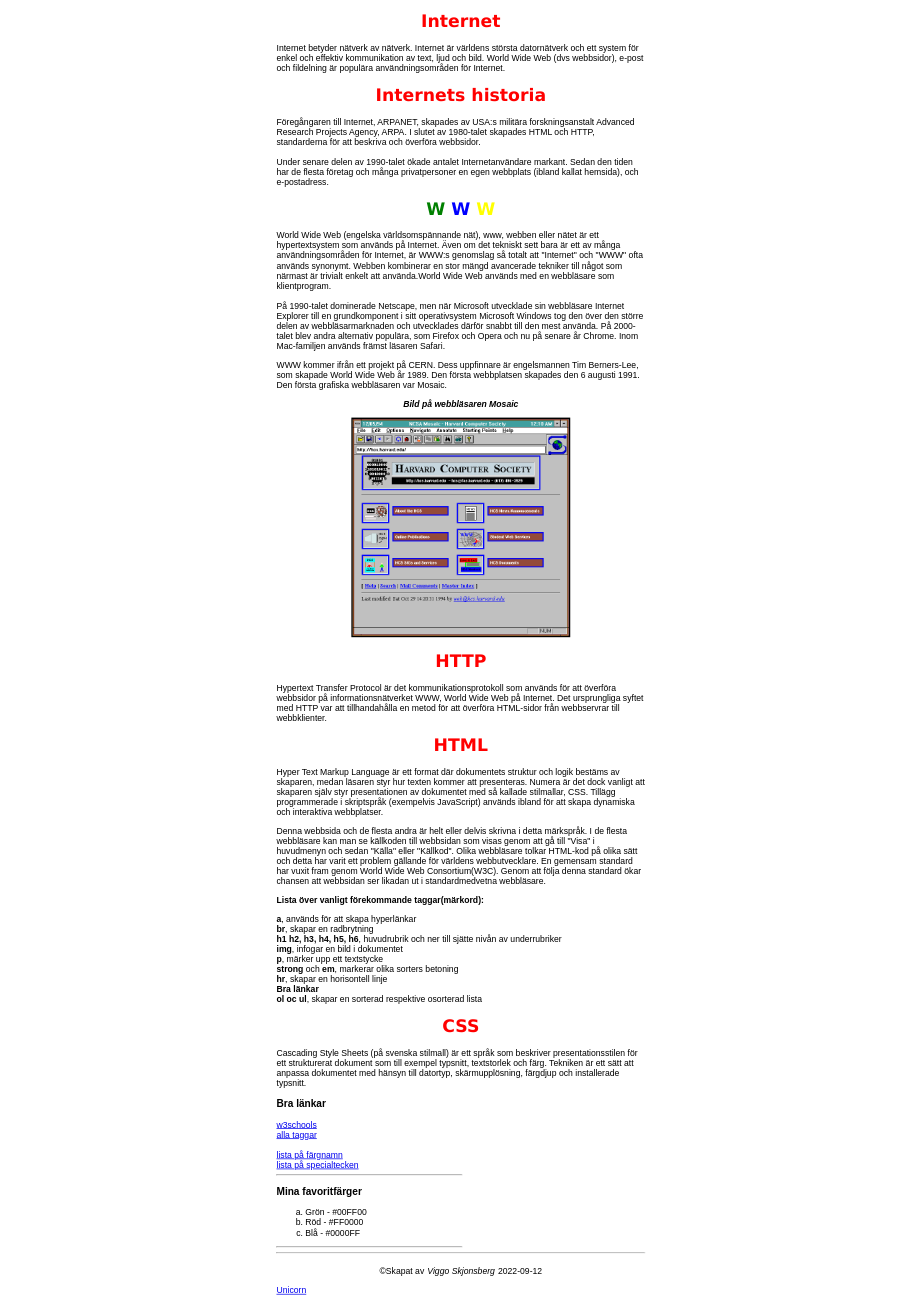
Repository: ViggoSkj/VGY
Page: ovningar/ovning2/ovning2.html
These files come from the project's save history. The page is drawn as it stood at one moment and after the next save; the edit follows.
The browser window is 1280 px wide. The pictures show the whole page, at 72% of full size.

Above is the page before, as saved 2022-11-27 11:32:31.

After the next save:
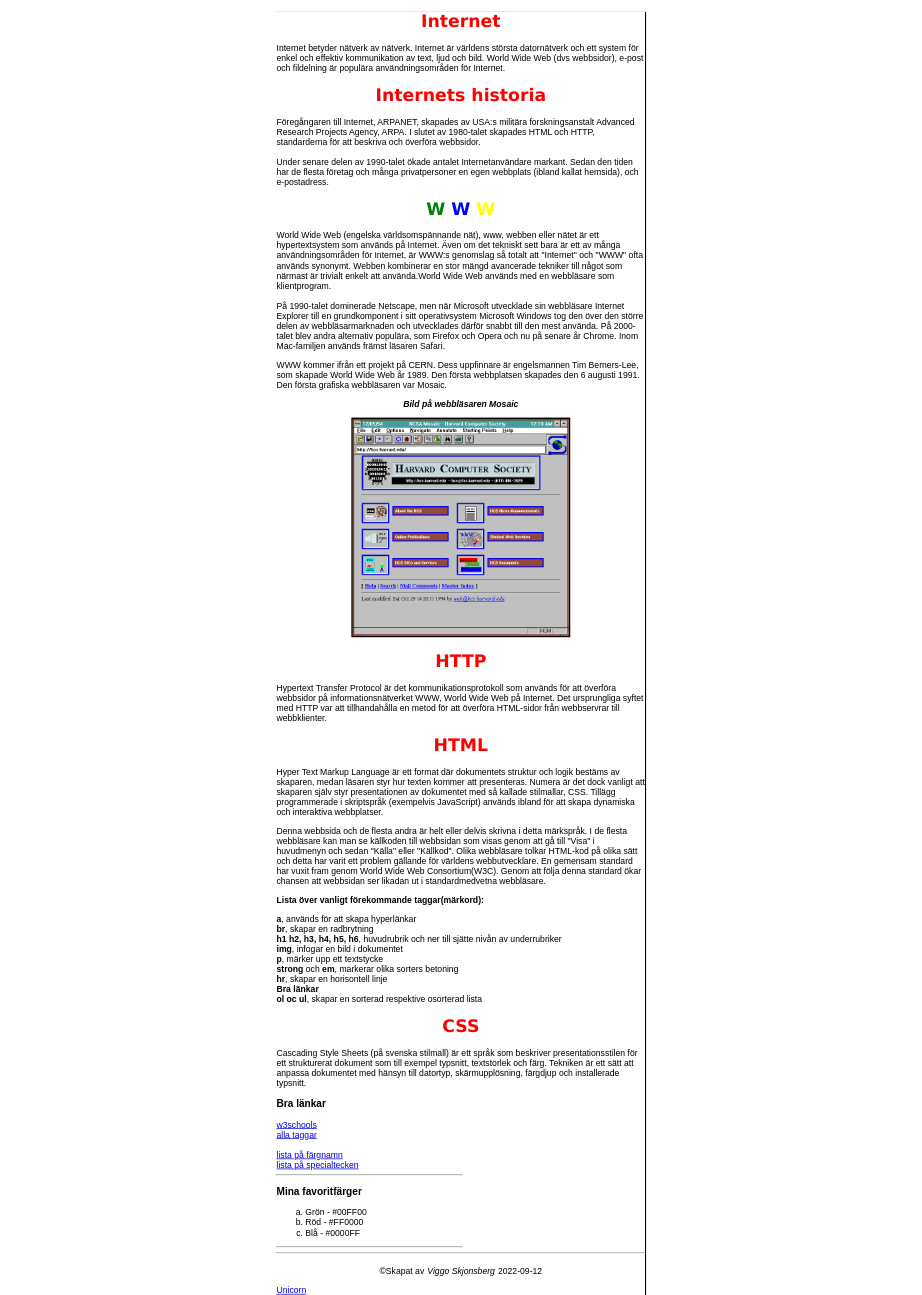
Saved 30 s later.
--- a/ovningar/ovning2/public/css/style.css
+++ b/ovningar/ovning2/public/css/style.css
@@ -4,6 +4,7 @@ body.ovning-2
     margin: auto;
     font-size: 12px;
     font-family: Arial, Helvetica, sans-serif;
+    box-shadow: black 1px 1px 1px;
 }
 
 body.ovning-2 h1
